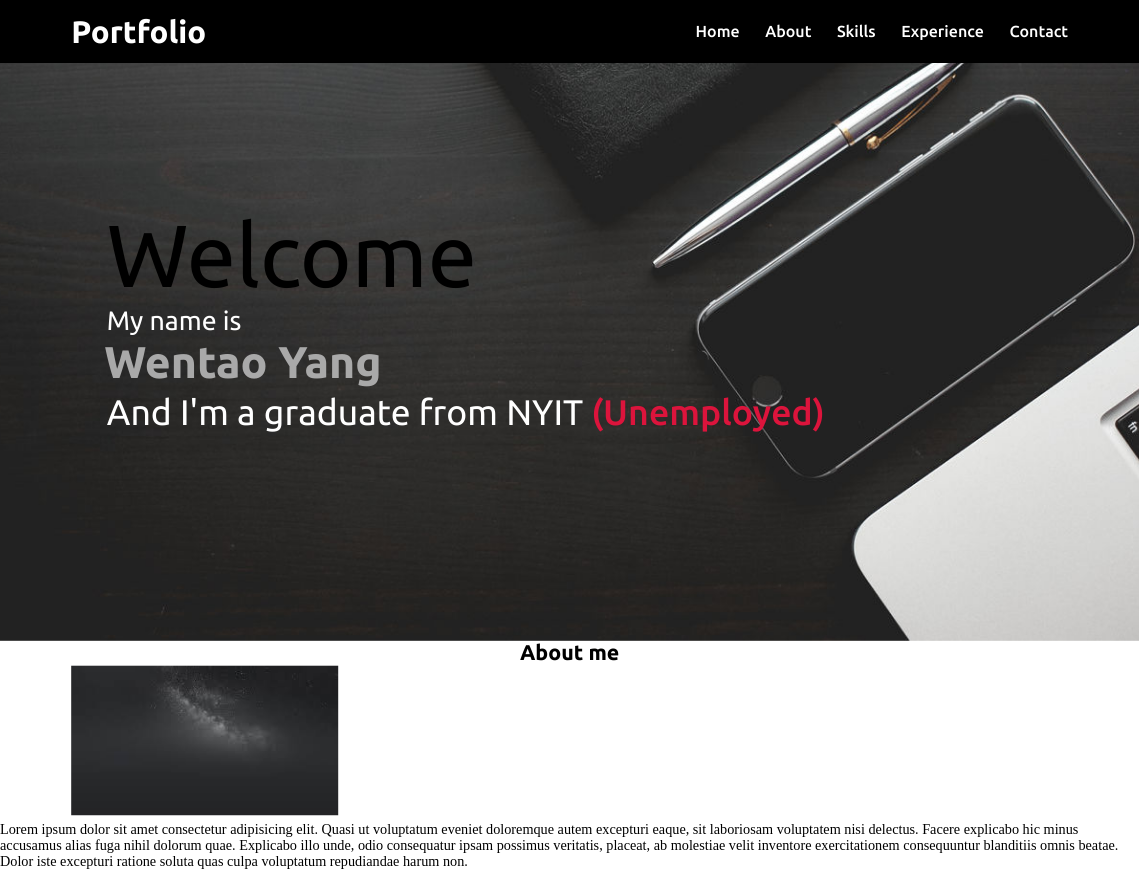
Repository: wyang08/wyang08.github.io
Page: index.html
The author's editor kept a copy of each file at every save. The page is drawn from the files as they stood at one save, then again after the next save.
The browser window is 1280 px wide. The pictures show the whole page, at 89% of full size.

Above is the page before, as saved 2021-07-02 15:36:14.

### index.html
<!DOCTYPE html>
<html lang="en">
<head>
    <meta charset="UTF-8">
    <meta name="viewport" content="width=divice-width, initial-scale=1.0">
    <title>Personal Porfolio Website</title>
    <link rel="stylesheet" href="style.css">
    <script src="https://kit.fontawesome.cm/a076d05399.js"></script>
    <script src="https://code.jquery.com/jquery-3.5.1.min.js"></script>
</head>

<body>
    <nav class="navbar">
        <div class="max-width">

            <div class="logo"><a href="#">Portfo<span>lio</span></a></div>

            <ul class="menu">
                <li><a href="#">Home</a></li>
                <li><a href="#">About</a></li>
                <li><a href="#">Skills</a></li>
                <li><a href="#">Experience</a></li>
                <li><a href="#">Contact</a></li>
            </ul>

        </div>


    </nav>

    <!-- home section 内容 -->
    <section class="home" id="home">
        <div class="max-width">
            <div class="home-content">
                <div class="text-1">Welcome</div>
                <div class="text-2">My name is</div>
                <div class="text-3">Wentao Yang</div>
                <div class="text-4">And I'm a graduate from NYIT <span>(Unemployed)</span></div>
            </div>
        </div>
    </section>

    <!-- about section 内容 -->
    <section class="about" id="about">
        <div class="max-width">
            <h2 class="title">About me</h2>
            <div class='about-content'>
                <div class="description">
                    <img src="images/black_content.jpg" alt="">
                </div>
            </div>
        </div>
    </section>

    <p>Lorem ipsum dolor sit amet consectetur adipisicing elit. Quasi ut voluptatum eveniet doloremque autem excepturi eaque, sit laboriosam voluptatem nisi delectus. Facere explicabo hic minus accusamus alias fuga nihil dolorum quae. Explicabo illo unde, odio consequatur ipsam possimus veritatis, placeat, ab molestiae velit inventore exercitationem consequuntur blanditiis omnis beatae. Dolor iste excepturi ratione soluta quas culpa voluptatum repudiandae harum non.</p>

    <script src="script.js"></script>

</body>


</html>

### style.css
@import url('https://fonts.googleapis.com/css2?family=Poppins:wght@400;500;600;700&family=Ubuntu:wght@400;500;700&display=swap');

*{
    margin: 0;
    padding: 0;
    box-sizing: border-box;
    text-decoration: none;

}

/* navbar styling */
.navbar{
    position: fixed;
    width: 100%;
    padding: 15px 0;
    background: black;
    font-family: 'Ubuntu', sans-serif;
}

.navbar.sticky{
    padding: 15px 0;
    background: gray
}

.navbar.sticky .logo a span{
    color: white;
}

.navbar .menu li a{
    color: white;
    font-size: 18px;
    font-weight: 500;
    margin-left: 25px;
    transition: all 0.3s ease;
}

.navbar .menu li a:hover{
    color: crimson;
}

/* 标题大小 */
.navbar .logo a{
    color: white;
    font-size: 35px;
    font-weight: 600;
}

/* Subtitle display style */
.navbar .menu li{
    list-style-type: none;
    display: inline-block;
}

.navbar .max-width{
    display: flex;
    align-items: center;
    justify-content: space-between;
}

.max-width{
    max-width: 1300px;
    padding: 0 80px;
    margin: auto;
}

/* Home Styling & 内容 */
.home{
    display: flex;
    /* background: white; */
    height: 100vh;
    background: url("images/background/portfolio-background.jpg") no-repeat center;
    background-size: cover;
    min-height: 500px;
    color: white;
    font-family: 'Ubuntu', sans-serif;
}

.home .max-width{
    margin: auto 0 auto 40px;
}

.home .home-content .text-1{
    font-size: 99px;
    color: black;
}
.home .home-content .text-2{
    font-size: 30px;
}
.home .home-content .text-3{
    font-size: 50px;
    font-weight: 600;
    margin-left: -3px;
    color: darkgray;
}
.home .home-content .text-4{
    font-size: 40px;
    margin: 5px 0;
}
.home .home-content .text-4 span{
    color: crimson;
    font-weight: 500;
}


/* About Styling & 内容 */
.about{
    font-family: 'Poppins', sans-serif;
}
.about .title{
    text-align: center;
    font-family: 'Ubuntu', sans-serif;
}
.about .about-content .left img{
    height: 400px;
    width: 400px;
    object-fit: cover;
}

### script.js
$(document).ready(function(){
    $(window).scroll(function(){
        if(this.scrollY > 20){
            $('.navbar').addClass('sticky');
        }
        else{
            $('.navbar').removeClass('sticky');
        }
    })
});

After the next save:
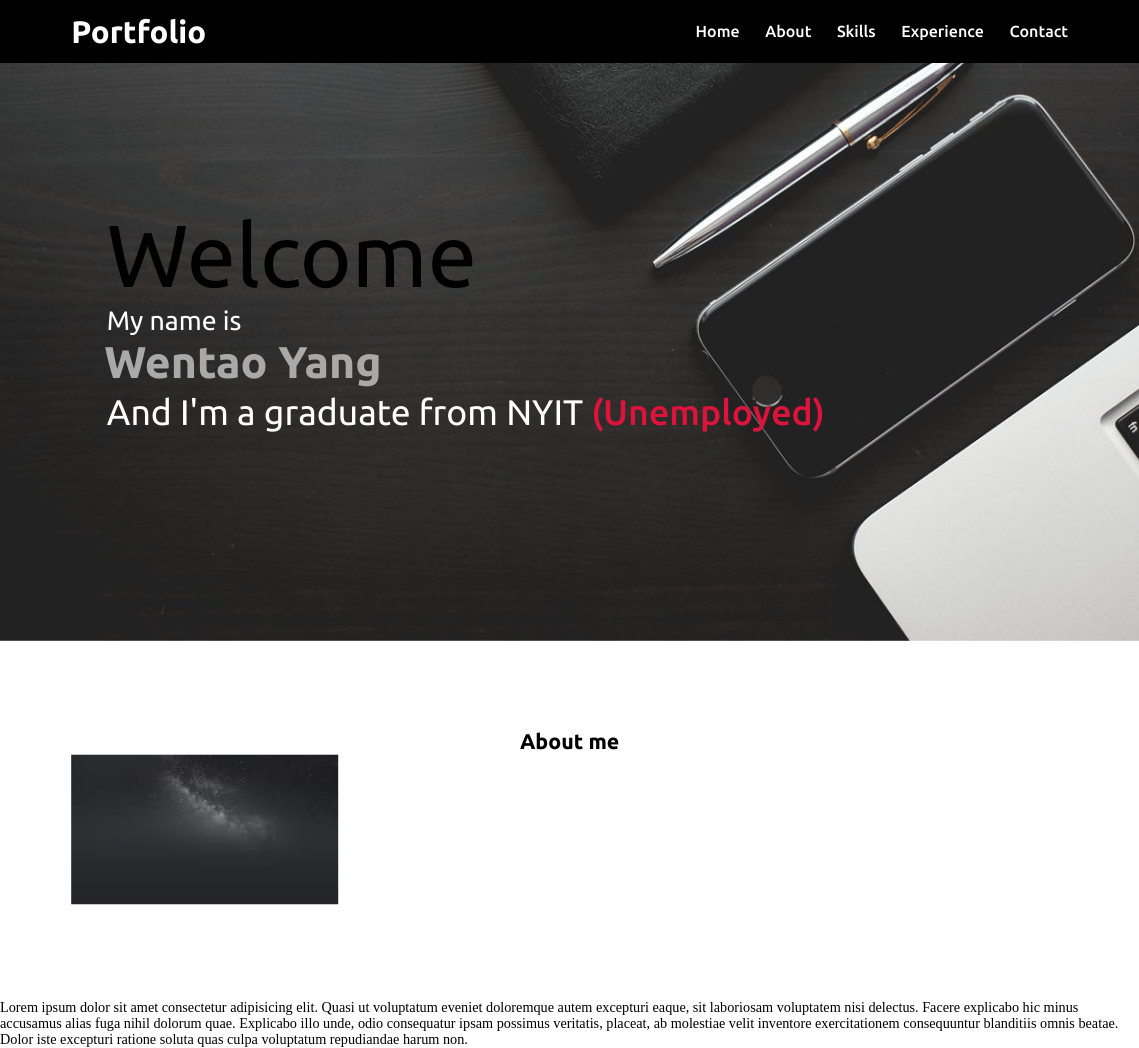
Saved 36 s later.
--- a/style.css
+++ b/style.css
@@ -103,6 +103,9 @@
 
 
 /* About Styling & 内容 */
+section{
+    padding: 100px 0;
+}
 .about{
     font-family: 'Poppins', sans-serif;
 }
